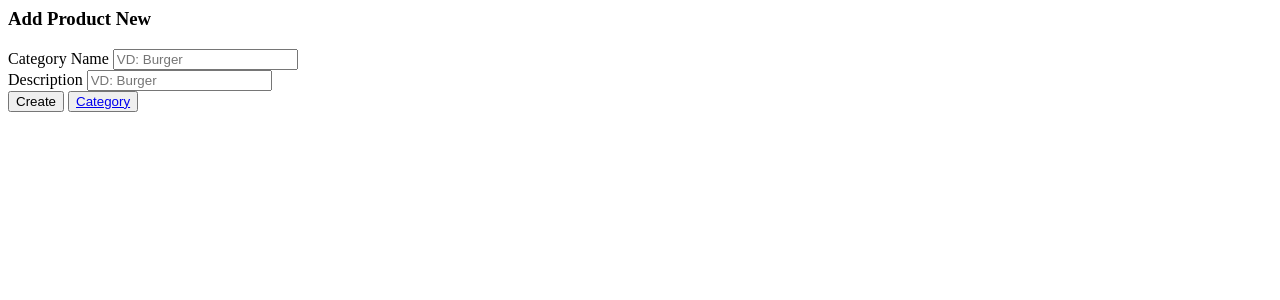
Repository: QunDev/du_an
Page: http://localhost/admin/products/createProduct.php
These files come from the project's save history. The page is drawn as it stood at one moment and after the next save; the edit follows.
The browser window is 1280 px wide. The pictures show the whole page.
The page is run by PHP 8.4 with error messages shown; the project is at /var/www/html/.

Above is the page before, as saved 2023-11-23 22:25:01.
Console error: TypeError: Cannot read properties of null (reading 'addEventListener')

### admin/products/createProduct.php
<div class="main">
      <form
        action="index.php?act=createCategory"
        method="post"
        class="form"
        id="form-1"
        enctype="multipart/form-data"
      >
        <h3 class="heading">Add Product New</h3>

        <div class="spacer"></div>

        <div class="form-group">
          <label for="categoryName" class="form-label">Category Name</label>
          <input
            id="categoryName"
            name="categoryName"
            type="text"
            placeholder="VD: Burger"
            class="form-control"
            autocomplete
            data-name
          />
          <span class="form-message"></span>
        </div>

        <div class="form-group">
          <label for="description" class="form-label">Description</label>
          <input
            id="description"
            name="description"
            type="text"
            placeholder="VD: Burger"
            class="form-control"
            data-desc
          />
          <span class="form-message"></span>
        </div>

        <input value="Create" type="button" class="form-submit">
        <button class="form-submit" type="button"><a href="./?act=listCategories">Category</a></button>

        <!-- <button class="form-submit" type="button" name="btnSubmit">Thêm</button> -->


      </form>
    </div>
    <script defer src="./assets/js/categories.js"></script>

### admin/assets/js/categories.js
let btns = document.querySelectorAll(".btnDelete");
let btnSubmit = document.querySelector(".form-submit");
let btnUpdate = document.querySelector(".form-update");

btns.forEach((btn) => {
    const id = btn.dataset.id;
    btn.addEventListener("click", (e) => {
        const confirm = window.confirm("Ban co muon xoa khong?");
        if (confirm) {
            window.open(`./?act=deleteOne&id=${id}`, "_self");
        }
    });
});

function isSuccess(e) {
    let parentSelector = document.querySelector(e).parentElement;
    let length = parentSelector.classList.length;
    let message = parentSelector.querySelector(".form-message");
    if (length !== 1 && parentSelector.classList.contains("invalid")) {
        parentSelector.classList.remove("invalid");
        message.classList.remove("invalid");
        message.textContent = "";
        let value = document.querySelector(e).value;
        return value;
    } else {
        message.textContent = "";
        let value = document.querySelector(e).value;
        return value;
    }
}

function isValid(e) {
    let parentSelector = document.querySelector(e).parentElement;
    let message = parentSelector.querySelector(".form-message");
    parentSelector.classList.add("invalid");
    message.classList.add("invalid");
    parentSelector.querySelector(".form-message").textContent = "Enter an values";
}

function checkNull(e) {
    let selector = document.querySelector(e);
    if (selector.value !== "") {
        return isSuccess(e);
    } else {
        isValid(e);
        return false;
    }
}

btnSubmit.addEventListener("click", () => {
    let valueName = checkNull("#categoryName");
    let valueDesc = checkNull("#description");
    console.log(valueName);
    console.log(valueDesc);
    let isConfirm = window.confirm(`Confirm the creation of a new category ${valueName}`);
    if (isConfirm) {
        if (typeof valueName === "string" && typeof valueDesc === "string") {
            window.open(`./?act=createCategory&name=${valueName}&desc=${valueDesc}`, "_self");
        }
    }
});

btnUpdate.addEventListener("click", () => {
    let valueName = checkNull("#categoryName");
    let valueDesc = checkNull("#description");
    let isConfirm = window.confirm(`Confirm update of a new category ${valueName}`);
    if (isConfirm) {
        if (typeof valueName === "string" && typeof valueDesc === "string") {
            window.open(`./?act=update&id=${btnUpdate.dataset.id}&name=${valueName}&desc=${valueDesc}`, "_self");
        }
    }
});

After the next save:
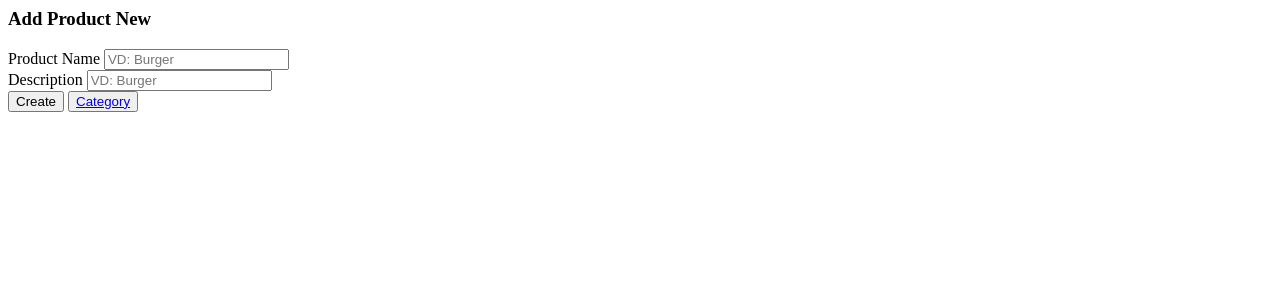
Saved 35 s later.
--- a/admin/products/createProduct.php
+++ b/admin/products/createProduct.php
@@ -11,10 +11,10 @@
         <div class="spacer"></div>
 
         <div class="form-group">
-          <label for="categoryName" class="form-label">Category Name</label>
+          <label for="productName" class="form-label">Product Name</label>
           <input
-            id="categoryName"
-            name="categoryName"
+            id="productName"
+            name="productName"
             type="text"
             placeholder="VD: Burger"
             class="form-control"
